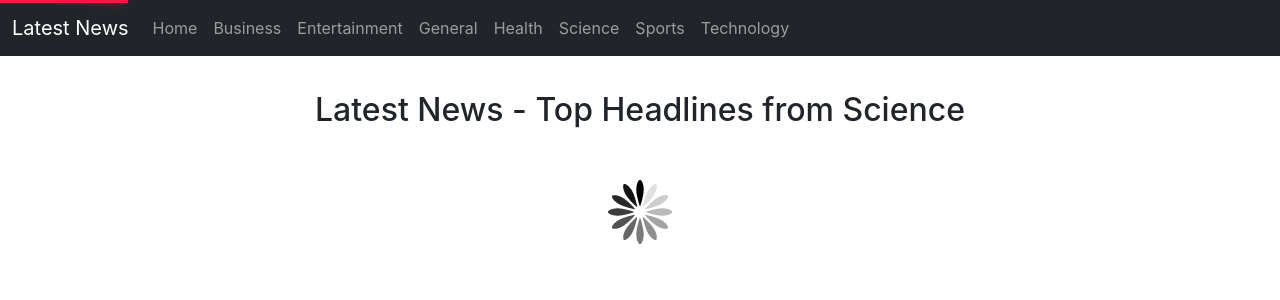
Repository: sanjay632/news_app
Page: /science
These files come from the project's save history. The page is drawn as it stood at one moment and after the next save; the edit follows.
The browser window is 1280 px wide. The pictures show the whole page.
The page's requests for data from a server got no answer. The project was rebuilt for these pictures with package versions that can differ from the ones it lists, and the page was loaded fresh each time. No one was signed in, and anything a server would have sent is missing. Also part of the build but not shown: src/App.css, src/components/NewsItem.jsx.

Above is the page before, as saved 2022-03-19 14:34:34.

### src/App.js

import './App.css';


import React, { Component } from 'react'
import NavBar from './components/NavBar';
import News from './components/News';

import { BrowserRouter,Route,Routes } from "react-router-dom";
import LoadingBar from 'react-top-loading-bar'

export default class App extends Component {

// 74d2dd5553924d7c9adadba75aa5208d
pageSize=5;
apiKey=process.env.REACT_APP_NEWS_API
state = {
  progress:0
}
setProgress =(progress)=>{
  this.setState({progress: progress})
}
render() {
  return (
<div>
<BrowserRouter>

<NavBar/>
<LoadingBar
        height={3}
        color='#f11946'
        progress={this.state.progress}

      />
    <Routes>
          <Route exact path="/"element=       {<News setProgress={this.setProgress}apikey={this.apiKey} key="htt" pageSize={this.pageSize} country="in"category="general"/>}/>
          <Route exact path="/science"element={<News setProgress={this.setProgress}apikey={this.apiKey} key="science" pageSize={this.pageSize} country="in"category="science"/>}/>
          <Route exact path="/business"element={<News setProgress={this.setProgress}apikey={this.apiKey} key="business" pageSize={this.pageSize} country="in"category="business"/>}/>
          <Route exact path="/entertainment"element={<News setProgress={this.setProgress}apikey={this.apiKey} key="entertainment" pageSize={this.pageSize} country="in"category="entertainment"/>}/>
          <Route exact path="/health"element={<News setProgress={this.setProgress}apikey={this.apiKey} key="health" pageSize={this.pageSize} country="in"category="health"/>}/>
          <Route exact path="/sports"element={<News setProgress={this.setProgress}apikey={this.apiKey} key="sports" pageSize={this.pageSize} country="in"category="sports"/>}/>
          <Route exact path="/technology"element={<News setProgress={this.setProgress}apikey={this.apiKey} key="technology" pageSize={this.pageSize} country="in"category="technology"/>}/>
          <Route exact path="/general"element={<News setProgress={this.setProgress}apikey={this.apiKey} key="general" pageSize={this.pageSize} country="in"category="general"/>}/>




  </Routes>

  </BrowserRouter>
  </div>
      )
    }

}

### src/components/NavBar.jsx
import React, { Component } from 'react'
import { Link } from "react-router-dom";

// export class NavBar extends Component <--///////////class base.........
const NavBar = () => {
// render() {
  return (
    <div>
      <nav className="navbar fix-top navbar-expand-lg navbar-dark bg-dark">
        <div className="container-fluid">
          <Link className="navbar-brand" to="/">Latest News</Link>
          <button className="navbar-toggler" type="button" data-bs-toggle="collapse" data-bs-target="#navbarSupportedContent" aria-controls="navbarSupportedContent" aria-expanded="false" aria-label="Toggle navigation">
            <span className="navbar-toggler-icon"></span>
          </button>
          <div className="collapse navbar-collapse " id="navbarSupportedContent">
            <ul className="navbar-nav me-auto mb-2 mb-lg-0">
              <li className="nav-item">
                <Link className="nav-link" aria-current="page" to="/">Home</Link>
              </li>
              <li className="nav-item"><Link className="nav-link" to="/business">Business</Link> </li>
              <li className="nav-item"><Link className="nav-link" to="/entertainment">Entertainment</Link> </li>
              <li className="nav-item"><Link className="nav-link" to="/general">General</Link> </li>
              <li className="nav-item"><Link className="nav-link" to="/health">Health</Link> </li>
              <li className="nav-item"><Link className="nav-link" to="/science">Science</Link> </li>
              <li className="nav-item"><Link className="nav-link" to="/sports">Sports</Link> </li>
              <li className="nav-item"><Link className="nav-link" to="/technology">Technology</Link> </li>
            </ul>
          </div>
        </div>
      </nav>
    </div>
  )
}
// }

export default NavBar

### src/components/News.jsx
// import React, { Component } from "react"; class base
import React, { useEffect,useState } from "react";
import NewsItem from "./NewsItem";
import Spiner from "./Spiner";
import PropTypes from 'prop-types'
import InfiniteScroll from "react-infinite-scroll-component";

const News =(props)=>{
// export class News extends Component {
//   // static defaultProps ={ ==========================....>class base     in function we will define these in last
//   //   country : 'in',
//   //   pageSize : 8,
//   //   category :"general",


//   // }
//   // static PropsTypes ={
//   //   country : PropTypes.string,
//   //   pageSize : PropTypes.number,
//   //   category: PropTypes.string,


//   // }

    const [articles, setArticles] = useState([])
    const [loading, setLoading] = useState(true)
    const [page, setPage] = useState(1)
    const [totalReasult, setTotalReasult] = useState(0)
    // document.title = `${this.capitalizeFirstLetter(props.category)}-LatestNews;`

    const capitalizeFirstLetter  =(string)=>{
    return string.charAt(0).toUpperCase()+string.slice(1);

   }
  // constructor(props) {
  //   super(props);
  //   this.state = {
  //     articles: [],
  //     loading: false,===============class base
  //     page: 1,
  //     totalResults :0
  //   };
  //   document.title = `${this.capitalizeFirstLetter(props.category)}-LatestNews;`
  // }
  // async updateNews (){
    const updateNews= async ()=>{
  props.setProgress(10);
  const url =`https://newsapi.org/v2/top-headlines?country=${props.country}&category=${props.category}&apiKey=74d2dd5553924d7c9adadba75aa5208d&page=${page}&pageSize=${props.pageSize}`;
  // this.setState({loading:true}); .........> class base
  setLoading(true)
    let data = await fetch(url);
    props.setProgress(30);
    let pareseData = await data.json()
    props.setProgress(70);
    setArticles(pareseData.articles)
    setTotalReasult(pareseData.totalResults)
    setLoading(false)
    // this.setState({
    //   articles: pareseData.articles,
    //   totalResults: pareseData.totalResults,
    //   loading:false,

    // })
    props.setProgress(100);
  }
  // async componentDidMount() { class base======>
  //   // let url =
  //   //   `https://newsapi.org/v2/top-headlines?country=${props.country}&category=${props.category}&apiKey=74d2dd5553924d7c9adadba75aa5208d&page=1&pageSize=${props.pageSize}`;
  //   //   this.setState({loading:true});
  //   // let data = await fetch(url);
  //   // let pareseData = await data.json();
  //   // console.log(pareseData);
  //   // this.setState({
  //   //   articles: pareseData.articles,
  //   //   totalResults: pareseData.totalResults,

  //   // });
  //   this.updateNews();

  useEffect(() => {
   updateNews();

    },[])


  // }
  //  hendelOnClickNext = async () => {
  //    console.log("ok")
  //  if (!this.state.page + 1 > Math.ceil(this.state.totalResults / props.pageSize)) {
  //  } else {
  //    let url =
  //     `https://newsapi.org/v2/top-headlines?country=${props.country}&category=${props.category}&apiKey=74d2dd5553924d7c9adadba75aa5208d&page=${this.state.page+1}&pageSize=${props.pageSize}`;
  //      this.setState({loading:true});

  //    let data = await fetch(url);
  //    let pareseData = await data.json();
  //    this.setState({
  //      page: this.state.page + 1,
  //     articles: pareseData.articles,
  //     loading : false
  //   });
  // }
  //    this.setState({page: this.state.page + 1});
  //    this.updateNews();
  //  }
  //  hendelOnClickPreviews = async () => {


  //  let url =
  //    `https://newsapi.org/v2/top-headlines?country=${props.country}&category=${props.category}&apiKey=74d2dd5553924d7c9adadba75aa5208d&page=${this.state.page-1}&pageSize=${props.pageSize}`;
  //    this.setState({loading:true});
  //  let data = await fetch(url);
  //  let pareseData = await data.json();
  //  console.log(pareseData);
  //  this.setState({
  //    page: this.state.page - 1,
  //   articles: pareseData.articles,
  //    loading:false
  //  });
  //      this.setState({page: this.state.page - 1});

  //      this.updateNews();
  // }
  const fetchMoreData = async() => {
    // this.setState({page: this.state.page  + 1})
    setPage(page+1)
    const url =`https://newsapi.org/v2/top-headlines?country=${props.country}&category=${props.category}&apiKey=74d2dd5553924d7c9adadba75aa5208d&page=${page}&pageSize=${props.pageSize}`;
    let data = await fetch(url);
    let pareseData = await data.json()
    setArticles(articles.concat(pareseData.articles))
    setTotalReasult(pareseData.totalResults)
  };


    return (
      <>
        <h2 className="text-center"style={{margin:'35px 0px'}}>Latest News - Top Headlines from {capitalizeFirstLetter(props.category)}</h2>
      {loading && <Spiner />}
      <InfiniteScroll
          dataLength={articles.length}
          next={fetchMoreData}
          hasMore={articles.length !==totalReasult}
          loader={<Spiner/>}>
          <div className="container">
        <div className="row">

          {articles.map((element) => {
            return <div className="col-md-4 " key={element.url}>
                <NewsItem title={element.title ? element.title: " "}
                  description={element.description? element.description:" "}
                  imageUrl={element.urlToImage}
                  newsUrl={element.url} author={element.author}date={element.publishedAt}
                  source={element.source.name}/>
              </div>

          })}
        </div>

        </div>
        </InfiniteScroll>
        {/* <div className="container d-flex justify-content-between">
          <button
            disabled={this.state.page <= 1}
            type="button"
            className="btn btn-dark"
            onClick={this.hendelOnClickPreviews}
          >
            {" "}
            &larr;Previous
          </button>
          <button disabled={this.state.page + 1 > Math.ceil(this.state.totalResults / props.pageSize)}
            type="button"
            className="btn btn-dark"
            onClick={this.hendelOnClickNext}
          >
            {" "}
            &rarr; Next
          </button>
        </div> */}
       </>
    );
  }
// }
News. defaultProps ={
    country : 'in',
    pageSize : 8,
    category :"general",


  }
   News. PropsTypes ={
    country : PropTypes.string,
    pageSize : PropTypes.number,
    category: PropTypes.string,


   }

export default News;

### src/components/Spiner.jsx
import React from 'react'
import loading from './loading.gif'

// export default class spiner extends Component { -->>> class base
  const spiner = ()=> {
  // render() {
    return (
      <div className='text-center'>
        <img className='my-3' src={loading} alt="loading" />
      </div>
    )
  }
// }
export default spiner

Loaded but not shown: public/index.html (common file); src/index.js (common file); src/index.css (common file); src/reportWebVitals.js (common file)

After the next save:
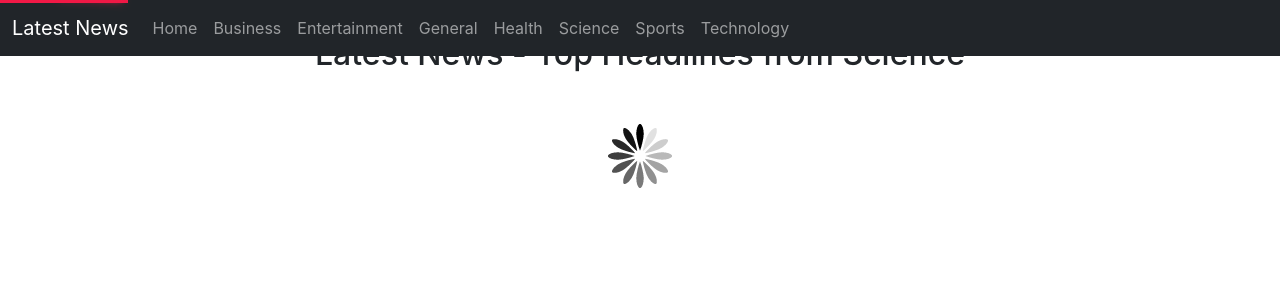
Saved 43 s later.
--- a/src/components/NavBar.jsx
+++ b/src/components/NavBar.jsx
@@ -6,7 +6,7 @@ const NavBar = () => {
 // render() {
   return (
     <div>
-      <nav className="navbar fix-top navbar-expand-lg navbar-dark bg-dark">
+      <nav className="navbar fixed-top navbar-expand-lg navbar-dark bg-dark">
         <div className="container-fluid">
           <Link className="navbar-brand" to="/">Latest News</Link>
           <button className="navbar-toggler" type="button" data-bs-toggle="collapse" data-bs-target="#navbarSupportedContent" aria-controls="navbarSupportedContent" aria-expanded="false" aria-label="Toggle navigation">
